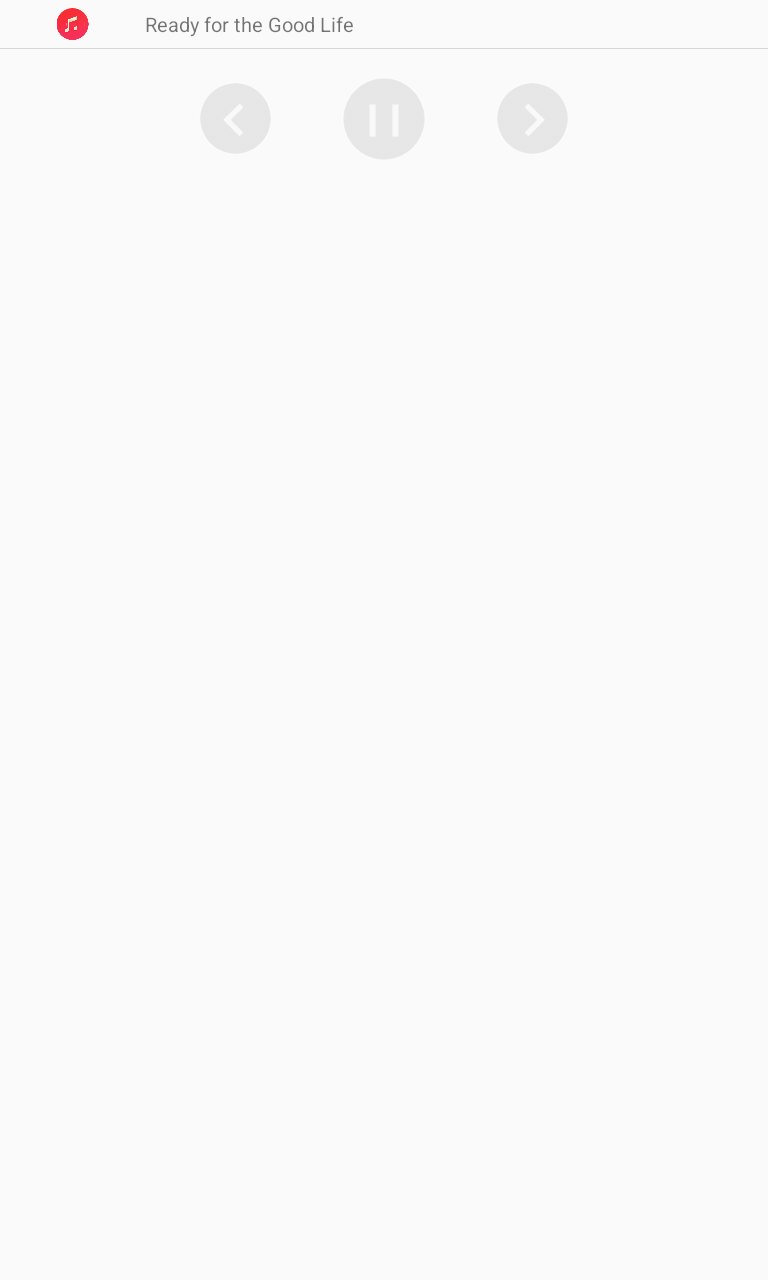
Repository: zhanjinwin/Projects
Layout: EclipseWorkspace/TestForceTouchPreviewWidget/res/layout/initial_widget_layout2.xml
These files come from the project's save history. The layout is drawn as it stood at one moment and after the next save; the edit follows.
It is drawn on a 768 x 1280 px phone screen (xhdpi) without system bars, with theme AppTheme; the app's code is not run.

Above is the layout before, as saved 2016-12-16 03:33:41.

### EclipseWorkspace/TestForceTouchPreviewWidget/res/layout/initial_widget_layout2.xml
<?xml version="1.0" encoding="utf-8"?>
<RelativeLayout xmlns:android="http://schemas.android.com/apk/res/android"
    android:layout_width="match_parent"
    android:layout_height="match_parent">

    <RelativeLayout
        android:id="@+id/title_bar"
        android:layout_width="wrap_content"
        android:layout_height="24dp">

        <ImageView
            android:id="@+id/title_icon"
            android:layout_width="wrap_content"
            android:layout_height="wrap_content"
            android:paddingLeft="8dp"
            android:paddingTop="4dp"
            android:paddingBottom="4dp"
            android:paddingRight="8dp"
            android:src="@drawable/ark_ic_launcher"/>
        <TextView
            android:id="@+id/title_tips"
            android:layout_toRightOf="@id/title_icon"
            android:layout_width="wrap_content"
            android:layout_height="match_parent"
            android:gravity="center_vertical"
            android:textSize="10sp"
            android:text="@string/widget_title"/>
    </RelativeLayout>

    <ImageView
        android:id="@+id/divider"
        android:layout_below="@id/title_bar"
        android:layout_width="match_parent"
        android:layout_height="1px"
        android:src="@color/divider_color"/>

    <RelativeLayout
        android:layout_below="@id/divider"
        android:layout_width="match_parent"
        android:layout_height="wrap_content"
        android:layout_marginTop="14dp"
        android:layout_marginBottom="14dp"
        android:layout_centerHorizontal="true">
        <ImageView
            android:id="@+id/pause_icon"
            android:layout_width="42dp"
            android:layout_height="42dp"
            android:layout_centerInParent="true"
            android:scaleType="fitXY"
            android:src="@drawable/widget_pause_normal"/>

        <ImageView
            android:id="@+id/prev_icon"
            android:layout_width="wrap_content"
            android:layout_height="wrap_content"
            android:layout_toLeftOf="@id/pause_icon"
            android:layout_centerVertical="true"
            android:layout_marginRight="35dp"
            android:src="@drawable/widget_prev_normal"/>

        <ImageView
            android:id="@+id/next_icon"
            android:layout_width="wrap_content"
            android:layout_height="wrap_content"
            android:layout_toRightOf="@id/pause_icon"
            android:layout_centerVertical="true"
            android:layout_marginLeft="35dp"
            android:src="@drawable/widget_next_normal"/>
    </RelativeLayout>
</RelativeLayout>

### EclipseWorkspace/TestForceTouchPreviewWidget/res/values/strings.xml
<?xml version="1.0" encoding="utf-8"?>
<resources>

    <string name="app_name">TestForceTouchPreviewWidget</string>
    <string name="hello_world">Hello_world!</string>
    <string name="test_value">TestWidgetPreview</string>
    <string name="action_settings">Settings</string>
    <string name="widget_title">Ready for the Good Life</string>

</resources>

### EclipseWorkspace/TestForceTouchPreviewWidget/res/values/dimens.xml
<resources>

    <!-- Default screen margins, per the Android Design guidelines. -->
    <dimen name="activity_horizontal_margin">16dp</dimen>
    <dimen name="activity_vertical_margin">16dp</dimen>

	<color name="divider_color">#26000000</color>

</resources>

Loaded but not shown: EclipseWorkspace/TestForceTouchPreviewWidget/res/values/styles.xml (common file); EclipseWorkspace/TestForceTouchPreviewWidget/res/values-v11/styles.xml (common file); EclipseWorkspace/TestForceTouchPreviewWidget/res/values-v14/styles.xml (common file)

After the next save:
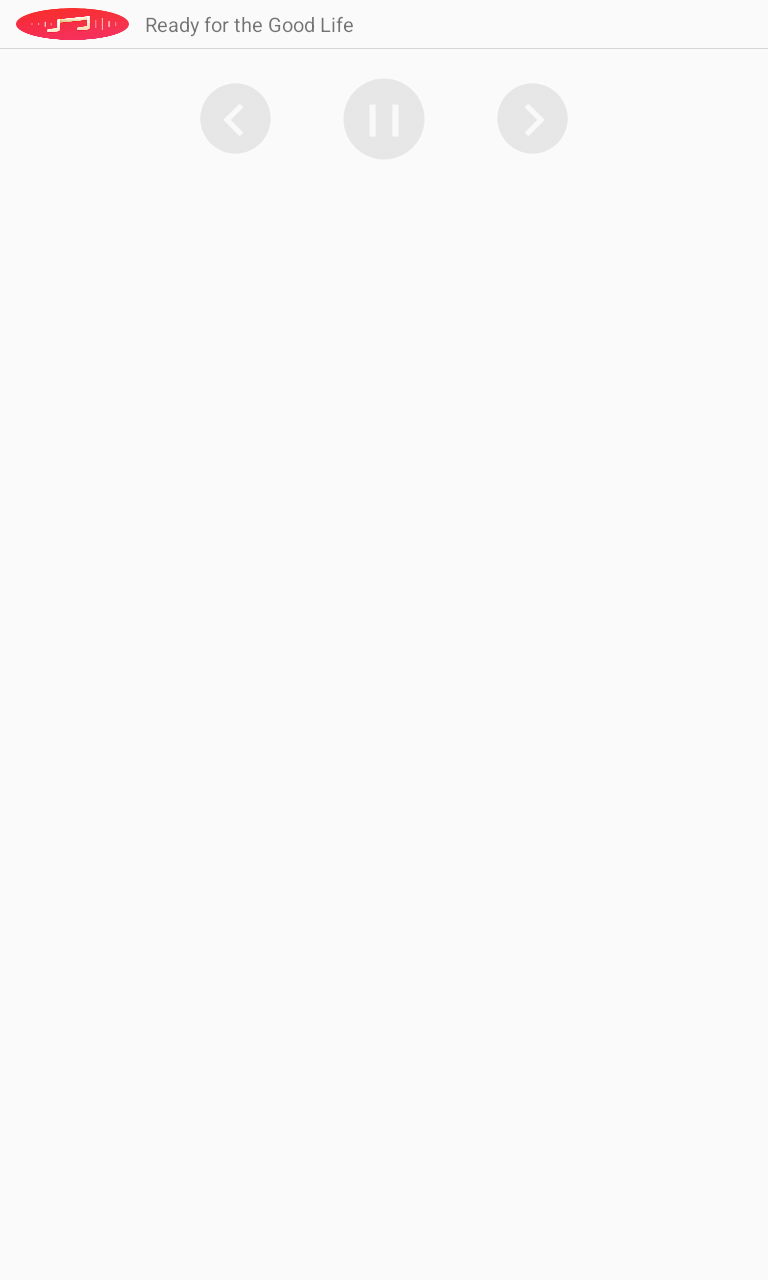
Saved 33 s later.
--- a/EclipseWorkspace/TestForceTouchPreviewWidget/res/layout/initial_widget_layout2.xml
+++ b/EclipseWorkspace/TestForceTouchPreviewWidget/res/layout/initial_widget_layout2.xml
@@ -16,6 +16,7 @@
             android:paddingTop="4dp"
             android:paddingBottom="4dp"
             android:paddingRight="8dp"
+            android:scaleType="fitXY"
             android:src="@drawable/ark_ic_launcher"/>
         <TextView
             android:id="@+id/title_tips"

After the save that followed:
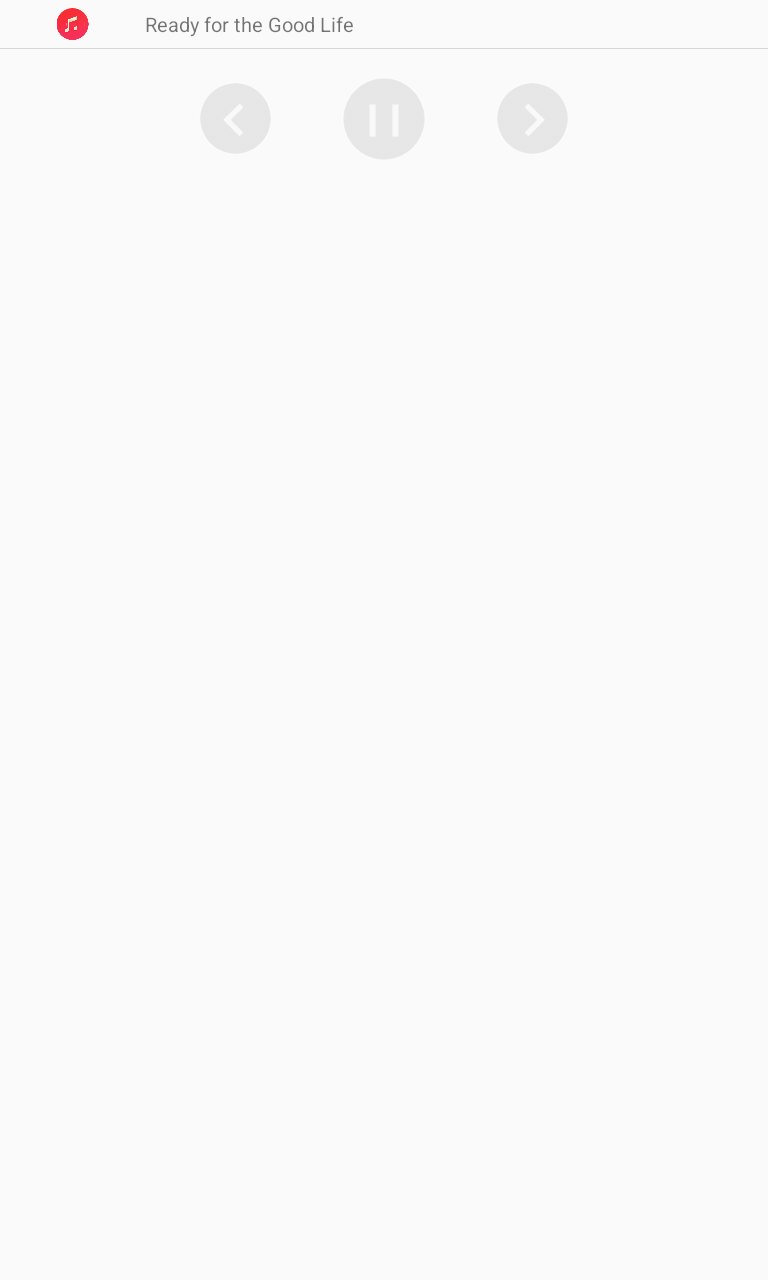
Saved 45 s later.
--- a/EclipseWorkspace/TestForceTouchPreviewWidget/res/layout/initial_widget_layout2.xml
+++ b/EclipseWorkspace/TestForceTouchPreviewWidget/res/layout/initial_widget_layout2.xml
@@ -16,7 +16,6 @@
             android:paddingTop="4dp"
             android:paddingBottom="4dp"
             android:paddingRight="8dp"
-            android:scaleType="fitXY"
             android:src="@drawable/ark_ic_launcher"/>
         <TextView
             android:id="@+id/title_tips"
